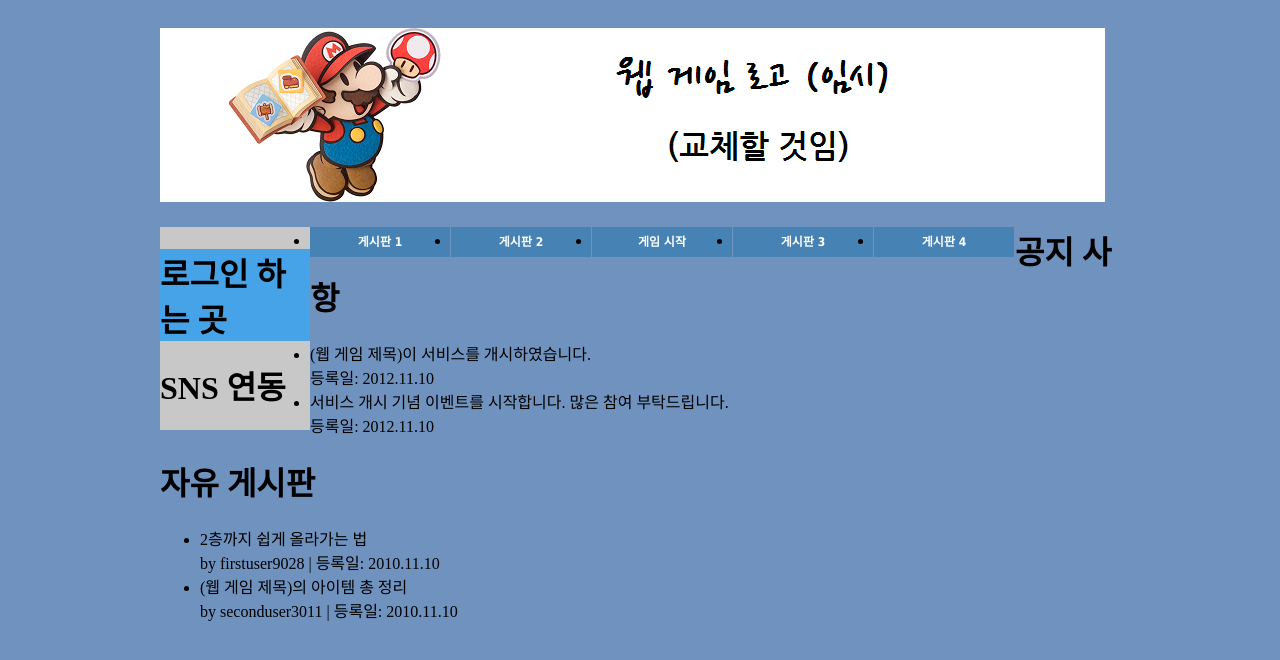
Repository: gunhe123/web_programing_project_Team_4
Page: http://localhost/web_game/
The author's editor kept a copy of each file at every save. The page is drawn from the files as they stood at one save, then again after the next save.
The browser window is 1280 px wide. The pictures show the whole page.
The page is served by Tomcat 9. Nobody is signed in. The application's start-up code is not run. Other server files are loaded and not shown.

Above is the page before, as saved 2012-11-10 15:52:01.

### web_game/WebContent/index.html
<!DOCTYPE html>
<html lang="ko">
<head>
	<meta charset="utf-8">
	<title>Web Game</title>
	<link href="stylesheets/main.css" rel="stylesheet" type="text/css">
</head>
<body>
<div id="wrap">
	<div id="top_logo">
		<img src="images/mario.png" alt="Web Game Logo">
	</div>
	<div id="content">
		<div id="sidebar">
			<div id="login_box">
			<h1>로그인 하는 곳</h1>
			</div>
			<div id="sns">
			<h1>SNS 연동</h1>
			</div>
		</div>
		<div id="main_content">
			<div class="main_section" id="menubar">
				<ul>
					<li><a href="">게시판 1</a></li>
					<li><a href="">게시판 2</a></li>
					<li><a href="">게임 시작</a></li>
					<li><a href="">게시판 3</a></li>
					<li><a href="">게시판 4</a></li>
				</ul>
			</div>
			<div class="main_section" id="notice">
			<h1>공지 사항</h1>
			<ul>
				<li>
					<div class="article">
					(웹 게임 제목)이 서비스를 개시하였습니다.
					</div>
					<span class="date">등록일: 2012.11.10</span>
				</li>
				<li>
					<div class="article">
					서비스 개시 기념 이벤트를 시작합니다. 많은 참여 부탁드립니다.
					</div>
					<span class="date">등록일: 2012.11.10</span>
				</li>
			</ul>
			</div>
			<div class="main_section" id="free_board">
			<h1>자유 게시판</h1>
			<ul>
				<li>
					<div class="article">
					2층까지 쉽게 올라가는 법
					</div>
					<span class="author">by firstuser9028</span> |
					<span class="date">등록일: 2010.11.10</span>
				</li>
				<li>
					<div class="article">
					(웹 게임 제목)의 아이템 총 정리
					</div>
					<span class="author">by seconduser3011</span> |
					<span clss="date">등록일: 2010.11.10</span>
				</li>
			</ul>
			</div>
		</div>
	</div>
</div>
</body>
</html>

### web_game/WebContent/stylesheets/main.css
html{color:#000;
	background:rgb(112,146,190);
	padding:20px 0;
	}
#wrap{
	width: 960px;
	margin:0 auto;
}
#main_content{
	float: none;
}
#sidebar{
	background:rgb(200,200,200);
	width: 150px;
	float: left;
}
#login_box{
	background-color:rgb(71,163,232);
}

#menubar ul {

}
#menubar ul li{
	margin:10px,10px,10px,10px;
	padding:10px,10px,10px,10px;
	float: left;
	}
#menubar ul li a{
	color:#fff; background-color:#4682b4;
	display:block;
	width:120px;
	text-align:center;
	padding:0px 10px;
	font: bold 12px/30px Tahoma;
	text-decoration:none;
	margin-right:1px;
}

After the next save:
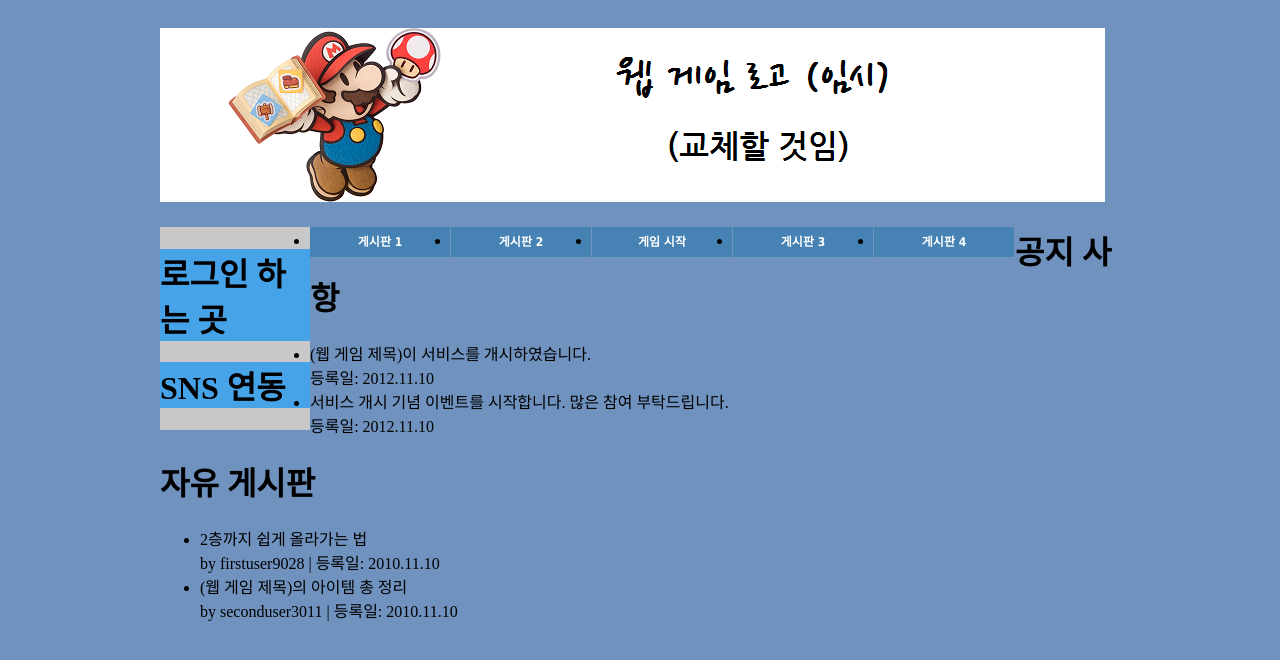
Saved 90 s later.
--- a/web_game/WebContent/stylesheets/main.css
+++ b/web_game/WebContent/stylesheets/main.css
@@ -17,6 +17,9 @@
 #login_box{
 	background-color:rgb(71,163,232);
 }
+#sns{
+	background-color:rgb(71,163,232);
+}
 
 #menubar ul {
 
@@ -28,6 +31,7 @@
 	}
 #menubar ul li a{
 	color:#fff; background-color:#4682b4;
+
 	display:block;
 	width:120px;
 	text-align:center;
